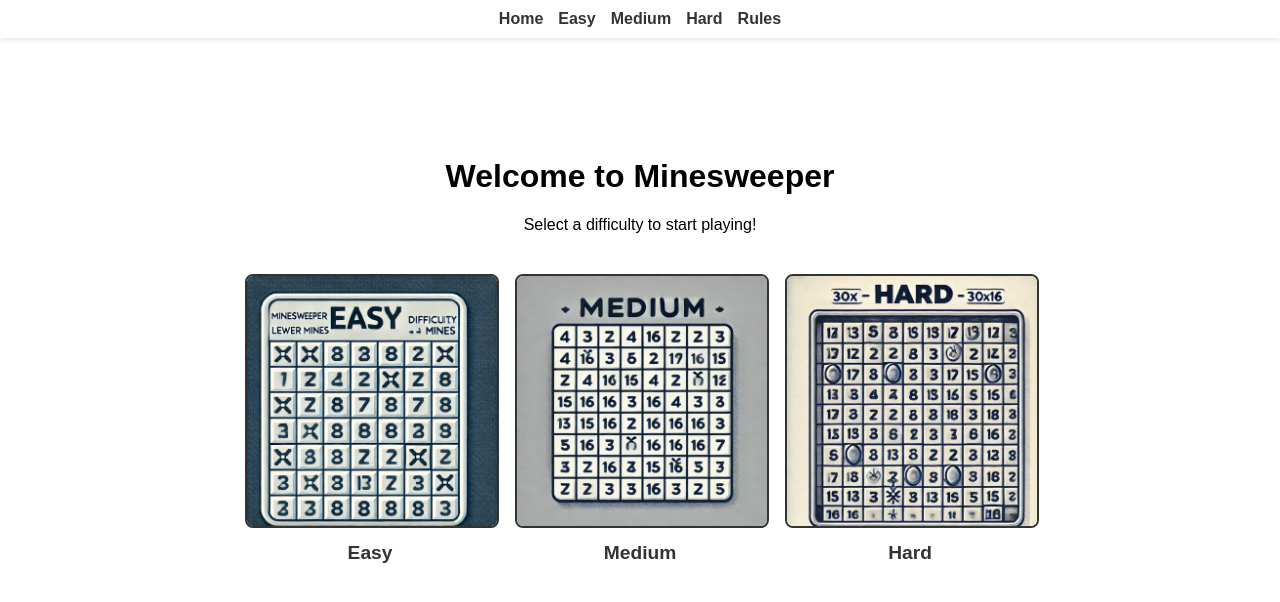
Repository: liwingy/-WingYee-_-Li-project2
Page: /
The author's editor kept a copy of each file at every save. The page is drawn from the files as they stood at one save, then again after the next save.
The browser window is 1280 px wide. The pictures show the whole page.
The project was rebuilt for these pictures with package versions that can differ from the ones it lists, and the page was loaded fresh each time. Also part of the build but not shown: src/components/Cell.js, src/views/Game.js, src/views/Rules.js.

Above is the page before, as saved 2024-11-11 20:33:38.

After the next save:
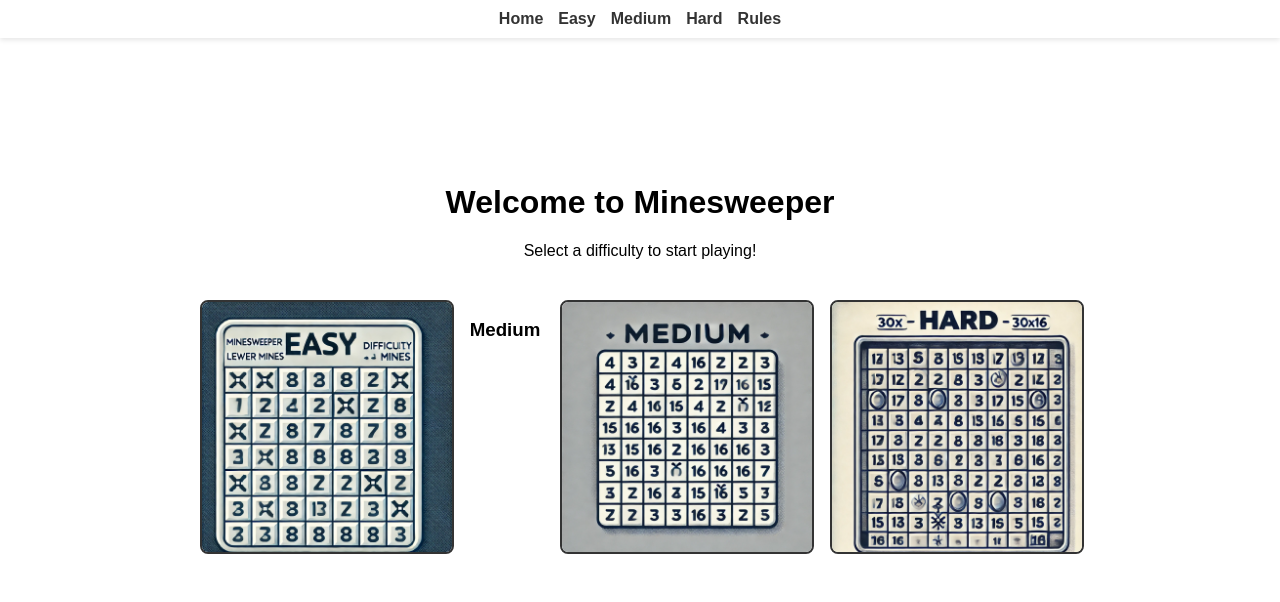
Saved 117 s later.
--- a/src/views/Homepage.js
+++ b/src/views/Homepage.js
@@ -14,17 +14,15 @@ function Homepage() {
       <div className="difficulty-section">
         <Link to="/game/easy" className="difficulty-card">
           <img src={easyImage} alt="Easy Minesweeper Board" />
-          <h3>Easy</h3>
         </Link>
 
+        <h3>Medium</h3>
         <Link to="/game/medium" className="difficulty-card">
           <img src={mediumImage} alt="Medium Minesweeper Board" />
-          <h3>Medium</h3>
         </Link>
 
         <Link to="/game/hard" className="difficulty-card">
           <img src={hardImage} alt="Hard Minesweeper Board" />
-          <h3>Hard</h3>
         </Link>
       </div>
     </div>
